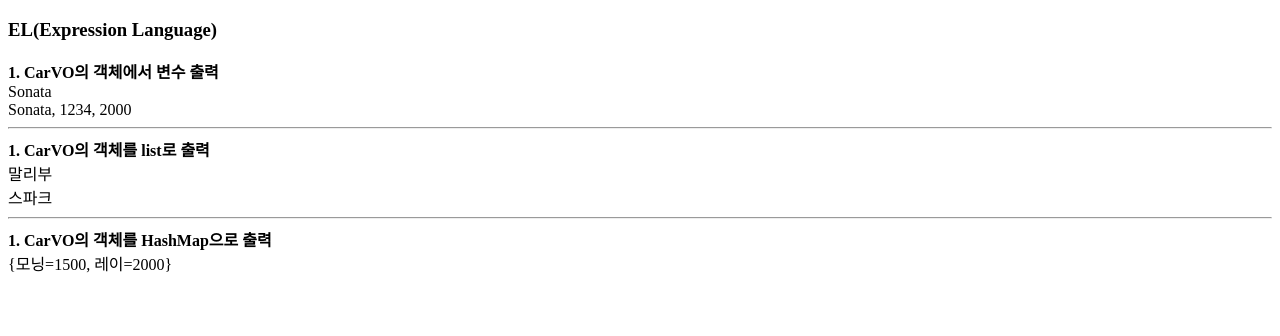
Repository: WoodongMaster/JSP_Workspace
Page: http://localhost/jstl_study/step01.jsp
An editor plug-in stored every save of this project. The page is shown before and after the next save, followed by the edit.
The browser window is 1280 px wide. The pictures show the whole page.
The page is served by Tomcat 9. Other server files are loaded and not shown.

Above is the page before, as saved 2023-05-09 06:09:03.

### jstl_project/jstl_study/src/main/webapp/step01.jsp
<%@ page import="model.CarVO"%>
<%@ page import="java.util.ArrayList"%>
<%@ page import="java.util.Map"%>
<%@ page import="java.util.HashMap"%>

<%@ page language="java" contentType="text/html; charset=UTF-8"
	pageEncoding="UTF-8"%>

<!DOCTYPE html>
<html>
<head>
<meta charset="UTF-8">
<title>EL연습</title>
</head>
<body>
	<h3>EL(Expression Language)</h3>
	<%
	CarVO car = new CarVO("1234", "Sonata", 2000);
	//request.setAttribe : request객체에 값을 저장하는 역할
	//request.getAttribe : request객체에 값을 가져오는 역할
	//request.setAttribe("변수명", 값);
	request.setAttribute("cvo", car);
	%>
	<strong>1. CarVO의 객체에서 변수 출력</strong>
	<br>
	<!-- ctrl shift /  -->
	<!-- 방법 1: requestScope 사용 -->
	${requestScope.cvo.name}
	<br>
	<!-- 방법 2: requestScope (생략) -->
	${cvo.name}, ${cvo.num}, ${cvo.price}
	<br>

	<hr>

	<!-- 리스트로 변수 출력 -->
	<%
		ArrayList<CarVO> list = new ArrayList<CarVO>();
		list.add(new CarVO("4567","말리부",2500));
		list.add(new CarVO("1111","스파크",1500));
		session.setAttribute("carList", list);
	%>
	<strong>1. CarVO의 객체를 list로 출력</strong><br>
	${sessionScope.carList[0].name}<br>
	${sessionScope.carList[1].name}<br>
	<hr>
	<!-- 해쉬맵으로 변수를 출력 -->
	<%
	Map<String, Integer> map = new HashMap<>();
	map.put("모닝", 1500);
	map.put("레이", 2000);
	request.setAttribute("hmap", map);
	 %>
	<strong>1. CarVO의 객체를 HashMap으로 출력</strong><br>
		${hmap}<br>
		${hmap.keySet}<br>

</body>
</html>

### jstl_project/jstl_study/src/main/java/model/CarVO.java
package model;

public class CarVO {

	private String num;
	private String name;
	private int price;

	public CarVO() {}

	public CarVO(String num, String name, int price) {
		this.num=num;
		this.name=name;
		this.price=price;
	}

	public String getNum() {
		return num;
	}

	public void setNum(String num) {
		this.num = num;
	}

	public String getName() {
		return name;
	}

	public void setName(String name) {
		this.name = name;
	}

	public int getPrice() {
		return price;
	}

	public void setPrice(int price) {
		this.price = price;
	}



}

After the next save:
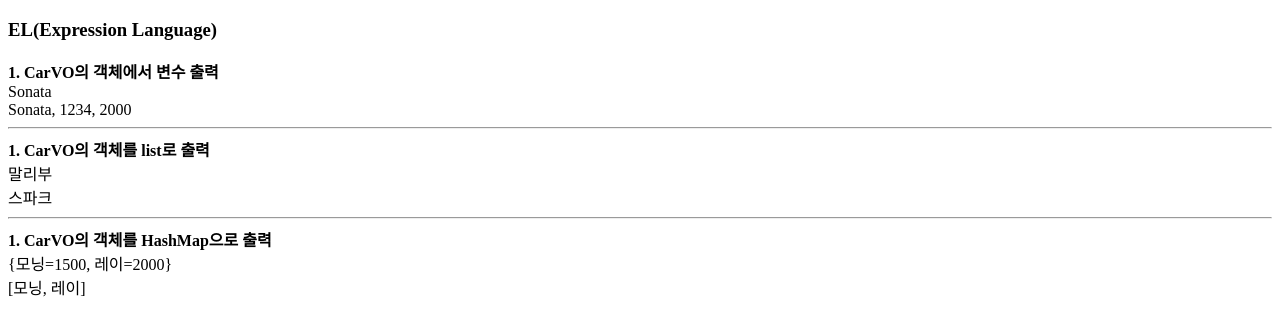
Saved 6 s later.
--- a/jstl_project/jstl_study/src/main/webapp/step01.jsp
+++ b/jstl_project/jstl_study/src/main/webapp/step01.jsp
@@ -53,7 +53,7 @@
 	 %>
 	<strong>1. CarVO의 객체를 HashMap으로 출력</strong><br>
 		${hmap}<br>
-		${hmap.keySet}<br>
+		${hmap.keySet()}<br>
 
 </body>
 </html>

After the save that followed:
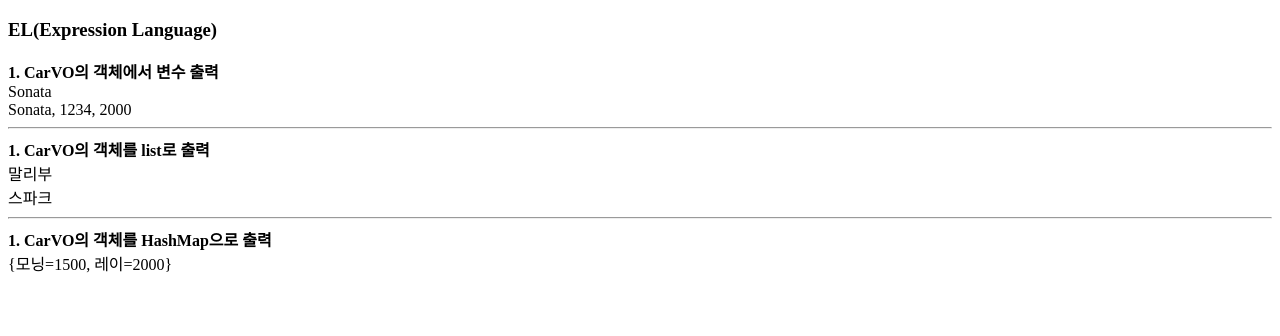
Saved 5 s later.
--- a/jstl_project/jstl_study/src/main/webapp/step01.jsp
+++ b/jstl_project/jstl_study/src/main/webapp/step01.jsp
@@ -53,7 +53,6 @@
 	 %>
 	<strong>1. CarVO의 객체를 HashMap으로 출력</strong><br>
 		${hmap}<br>
-		${hmap.keySet()}<br>
 
 </body>
 </html>
